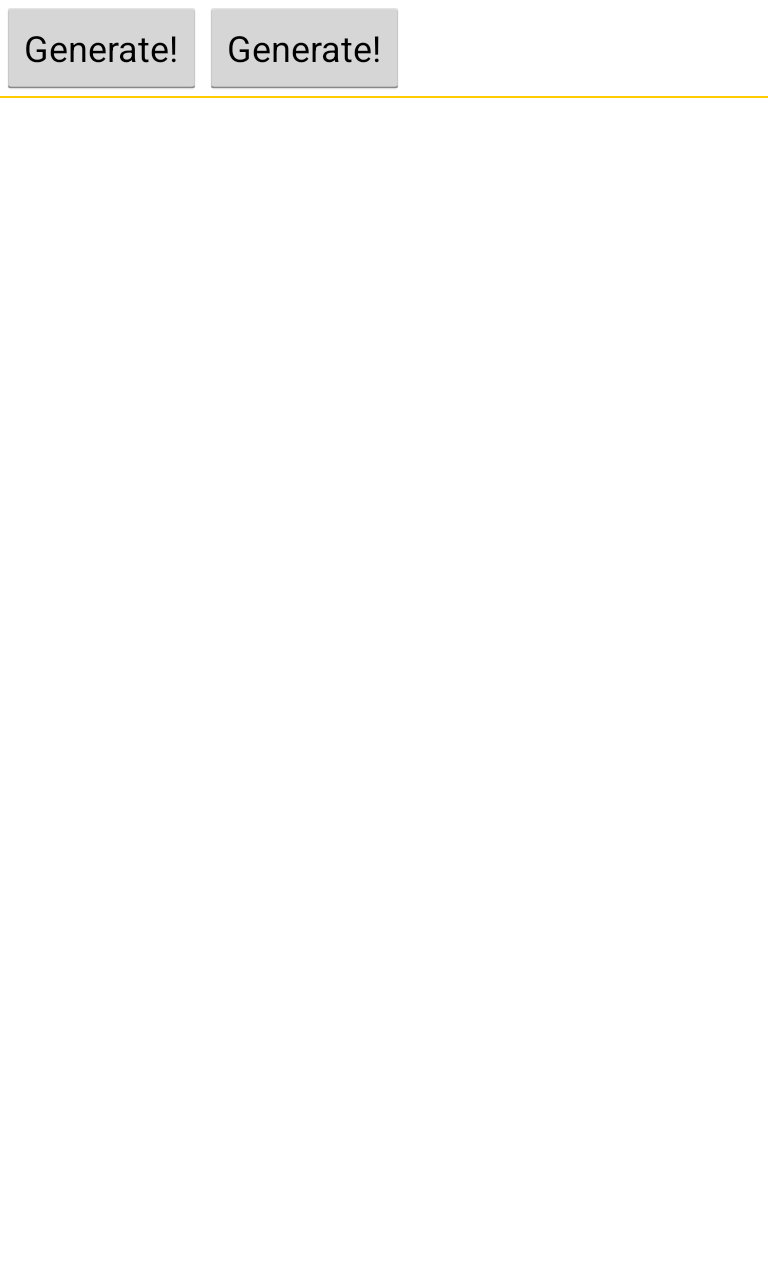
Repository: pierluigi-failla/ingress-passcodes-generator
Layout: android/IngressPasscodesGenerator/res/layout/activity_main.xml
An editor plug-in stored every save of this project. The layout is shown before and after the next save, followed by the edit.
It is drawn on a 768 x 1280 px phone screen (xhdpi) without system bars, with theme AppTheme; the app's code is not run. Lists and similar views that code fills are empty.

Above is the layout before, as saved 2013-01-22 19:18:12.

After the next save:
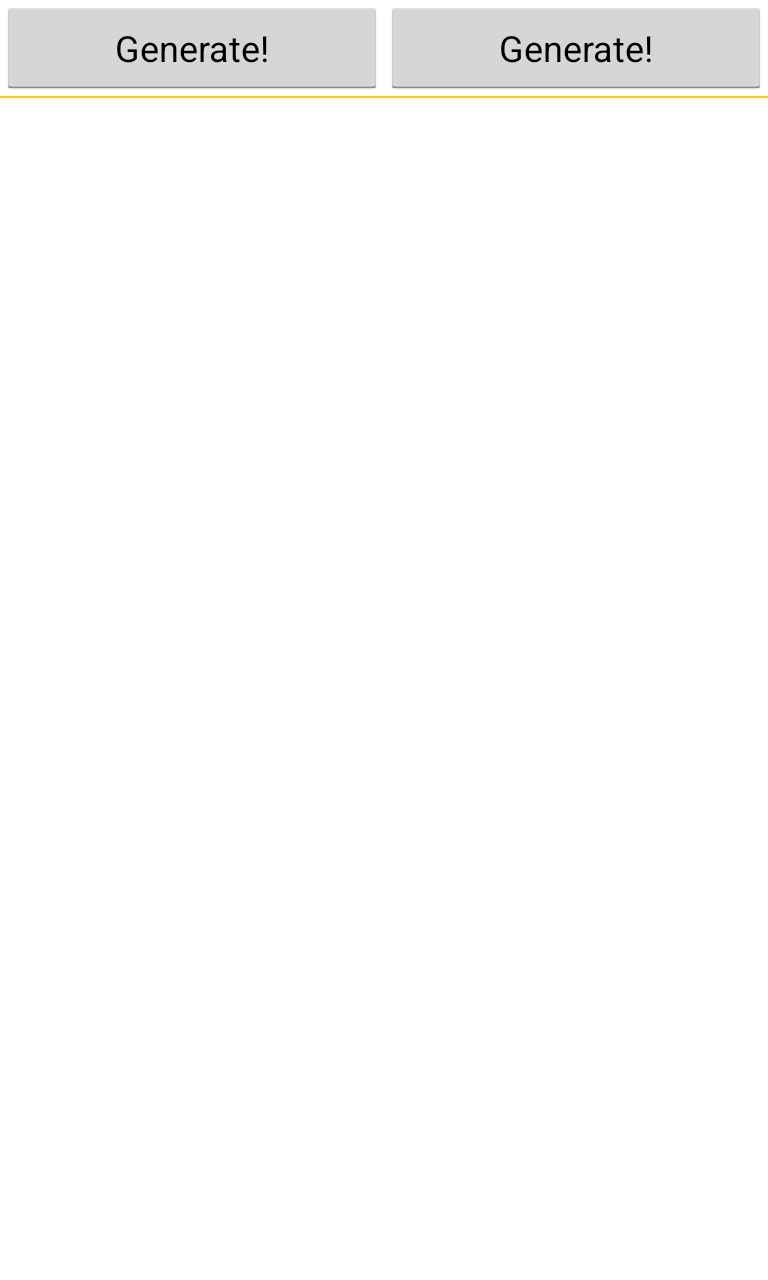
Saved 8 s later.
--- a/android/IngressPasscodesGenerator/res/layout/activity_main.xml
+++ b/android/IngressPasscodesGenerator/res/layout/activity_main.xml
@@ -20,7 +20,7 @@
                 android:layout_width="wrap_content"
                 android:layout_height="wrap_content"
                 android:layout_gravity="center_horizontal"
-                android:layout_weight="0"
+                android:layout_weight="1"
                 android:text="@string/button_generate" />
 
             <Button
@@ -28,7 +28,7 @@
                 android:layout_width="wrap_content"
                 android:layout_height="wrap_content"
                 android:layout_gravity="center_horizontal"
-                android:layout_weight="0"
+                android:layout_weight="1"
                 android:text="@string/button_generate" />
 
         </LinearLayout>
